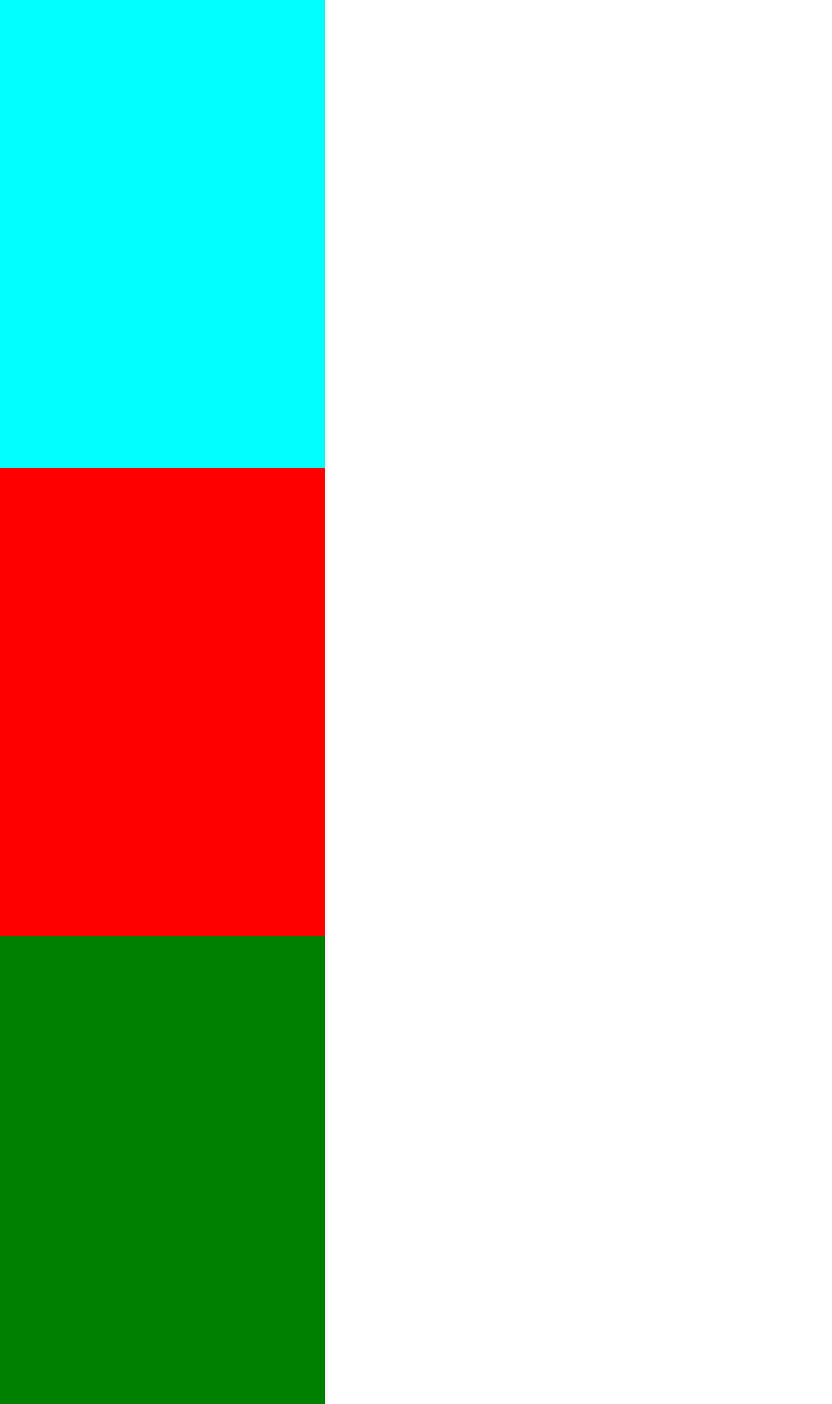
Repository: dnguyen130/HelpAHomieV3
Page: index.html
The author's editor kept a copy of each file at every save. The page is drawn from the files as they stood at one save, then again after the next save.
The browser window is 1280 px wide. The pictures show the whole page, at 65% of full size.

Above is the page before, as saved 2021-03-10 20:40:08.
Console error: TypeError: Cannot read properties of null (reading 'innerHTML')

### index.html
<!DOCTYPE html>
<html lang="en">
<head>
    <meta charset="UTF-8">
    <meta http-equiv="X-UA-Compatible" content="IE=edge">
    <meta name="viewport" content="width=device-width, initial-scale=1.0">
    <link rel="stylesheet" href="styles.css" type="text/css">
    <title>Document</title>
</head>
<body>

    <div class="main">
        <div class="door-screen1 height">
        </div>
        <div class="door-screen2 height">
        </div>
        <div class="door-screen3 height">
        </div>
    </div>
    <script src="./comps/Door/index.js"></script>
    <script src="./comps/TriangleButton/index.js"></script>
    <script src="workflow.js"></script>
</body>
</html>

### styles.css
html, body{
    margin: 0;
}

.height{
    height: 100vh;
    width: 500px;
}

.door-screen1{
    background-color: aqua;
}

.door-screen2{
    background-color: red;
}

.door-screen3{
    background-color: green;
}

### comps/Door/index.js
function DoorUI(text="Bradley", image="images/doorclosed.svg", hoverimage="images/dooropened.svg"){
    return `
        <div style="
            width: 12rem;
            height: 24rem;
            display: flex;
            flex-direction: column;
            align-items: center;
        ">
            <div style="
                width: 12rem;
                height: 3rem;
                font-size: 2rem;
                background-color: #191919;
                color: white;
                display: flex;
                align-items: center;
                justify-content: center;
            ">${text}
            </div>
            <img
            src="${image}"
            onmouseover="this.src='${hoverimage}'"
            onmouseout="this.src='${image}'"
            />
        </div>
    `
}


// export const Door = DoorUI();

### comps/TriangleButton/index.js
function TriangleButtonUI(tri="images/Circle-Triangle.png") {
    return `
    <div style="
            width: 3rem;
            height: 3rem;
            display: flex;
            flex-direction: column;
            align-items: center;
            padding: 3rem;
            border-radius: 25rem;
            background-color: #FFFFFF;
        "
        onmouseover="this.style.boxShadow= '0px 0px 10px 5px rgba(251, 0, 181, 0.7)'"
        onmouseout="this.style.boxShadow='0px 0px 0px 0px rgba(251, 0, 181, 0.7)'"
        >
            <img
            src="${tri}"
            />
        </div>
    `
}

### workflow.js

document.querySelector(".door-container1").innerHTML += TriangleButtonUI();

document.querySelector(".door-container1").innerHTML += DoorUI()
document.querySelector(".door-container1").innerHTML += TriangleButtonUI();

document.querySelector(".door-container2").innerHTML += TriangleButtonUI();
document.querySelector(".door-container2").innerHTML += DoorUI("Stacy");
document.querySelector(".door-container2").innerHTML += TriangleButtonUI();
// document.querySelector(".door-container").innerHTML += DoorUI("Greg");

After the next save:
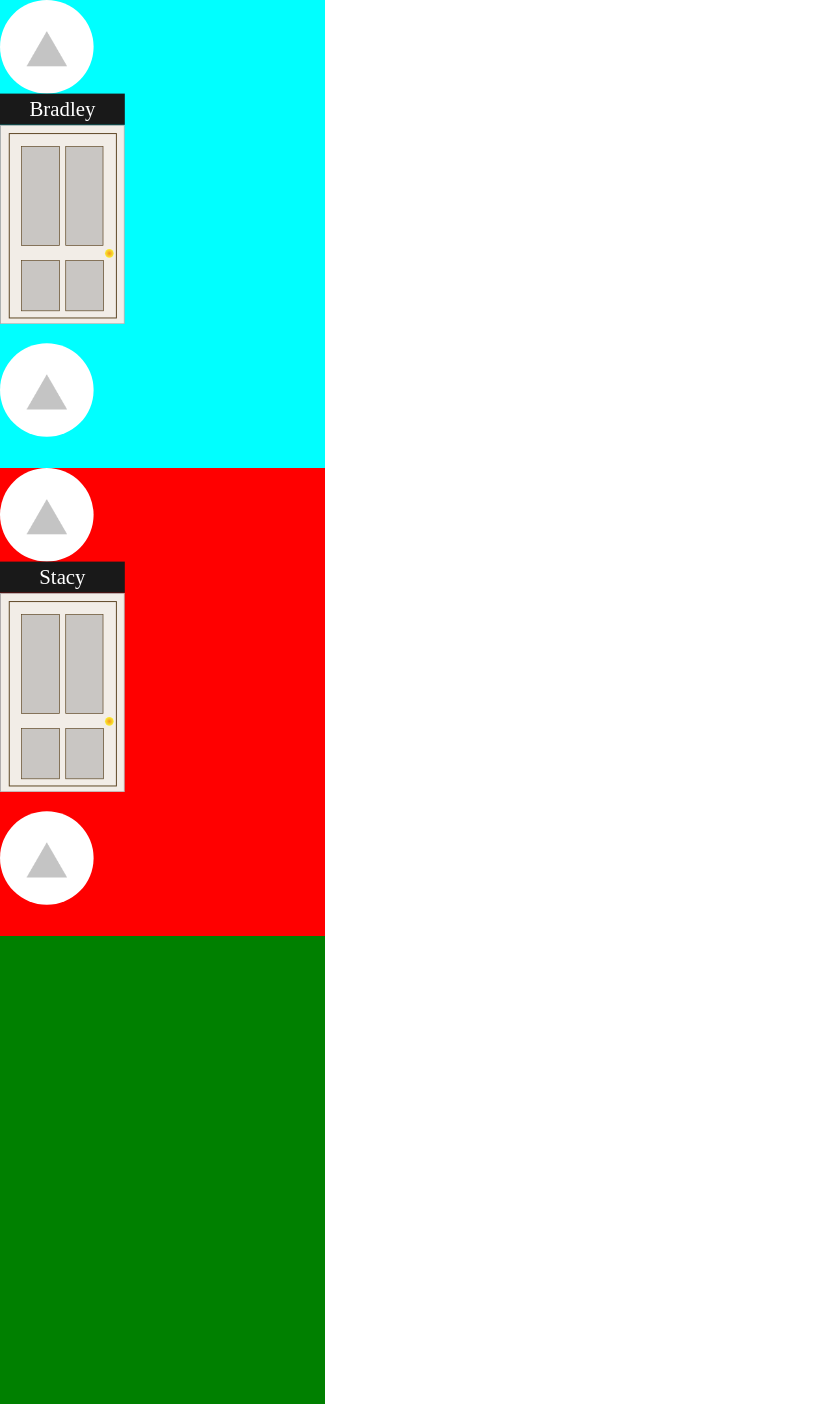
The error is gone.
Saved 28 s later.
--- a/workflow.js
+++ b/workflow.js
@@ -1,10 +1,10 @@
 
-document.querySelector(".door-container1").innerHTML += TriangleButtonUI();
+document.querySelector(".door-screen1").innerHTML += TriangleButtonUI();
 
-document.querySelector(".door-container1").innerHTML += DoorUI()
-document.querySelector(".door-container1").innerHTML += TriangleButtonUI();
+document.querySelector(".door-screen1").innerHTML += DoorUI()
+document.querySelector(".door-screen1").innerHTML += TriangleButtonUI();
 
-document.querySelector(".door-container2").innerHTML += TriangleButtonUI();
-document.querySelector(".door-container2").innerHTML += DoorUI("Stacy");
-document.querySelector(".door-container2").innerHTML += TriangleButtonUI();
+document.querySelector(".door-screen2").innerHTML += TriangleButtonUI();
+document.querySelector(".door-screen2").innerHTML += DoorUI("Stacy");
+document.querySelector(".door-screen2").innerHTML += TriangleButtonUI();
 // document.querySelector(".door-container").innerHTML += DoorUI("Greg");
